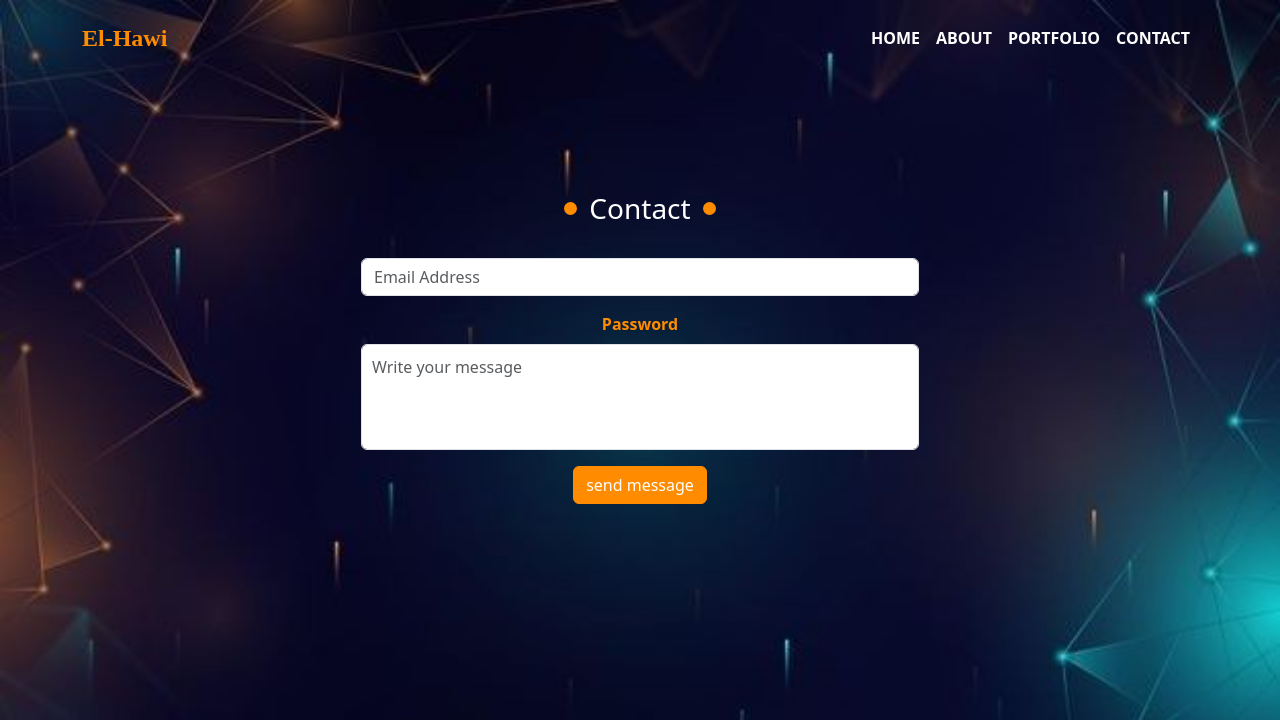
Repository: amralhawi123/Portfolio
Page: /contact
These files come from the project's save history. The page is drawn as it stood at one moment and after a run of saves; the edit follows.
The browser window is 1280 px wide. The pictures show the whole page.
The project was rebuilt for these pictures with package versions that can differ from the ones it lists, and the page was loaded fresh each time. Also part of the build but not shown: src/components/landing/landing.css, src/components/landing/landing.js, src/components/about/about.css, src/components/about/About.js, src/components/Portfolio/portfolio.css, src/components/Portfolio/Portfolio.js. Imported but missing from the stored project, and not drawn on this page: src/image/Amr Mahmoud Alhawi.pdf.

Above is the page before, as saved 2023-08-28 17:35:46.

After the next 2 saves:
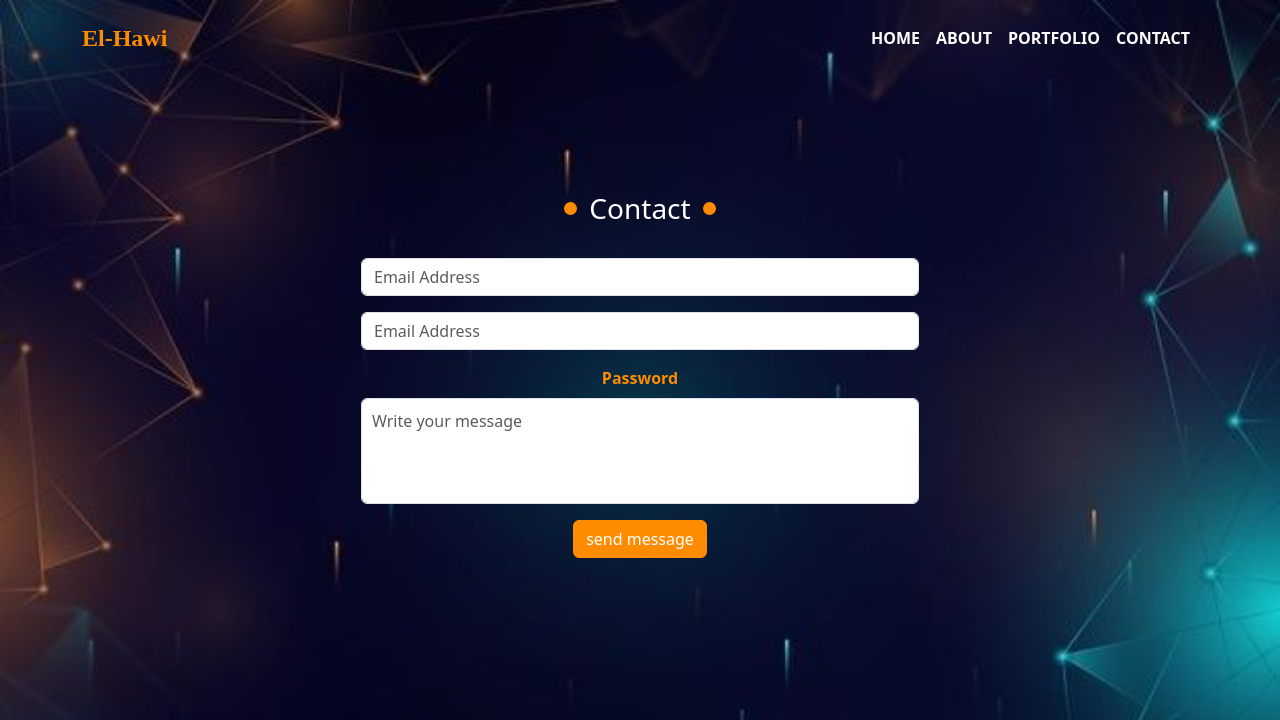
The 2 saves are shown as one change because they came seconds apart.
The last was saved 11 s later.
--- a/src/components/contact/contact.js
+++ b/src/components/contact/contact.js
@@ -6,6 +6,9 @@ const Contact = () => {
     <div className='contact text-center' id='contact'>
       <h3 className=' my-3'>Contact</h3>
        <Form className=' my-3'>
+      <Form.Group className="mb-3" controlId="formBasicEmail">
+        <Form.Control type="text" placeholder="Email Address" />
+      </Form.Group>
       <Form.Group className="mb-3" controlId="formBasicEmail">
         <Form.Control type="email" placeholder="Email Address" />
       </Form.Group>
